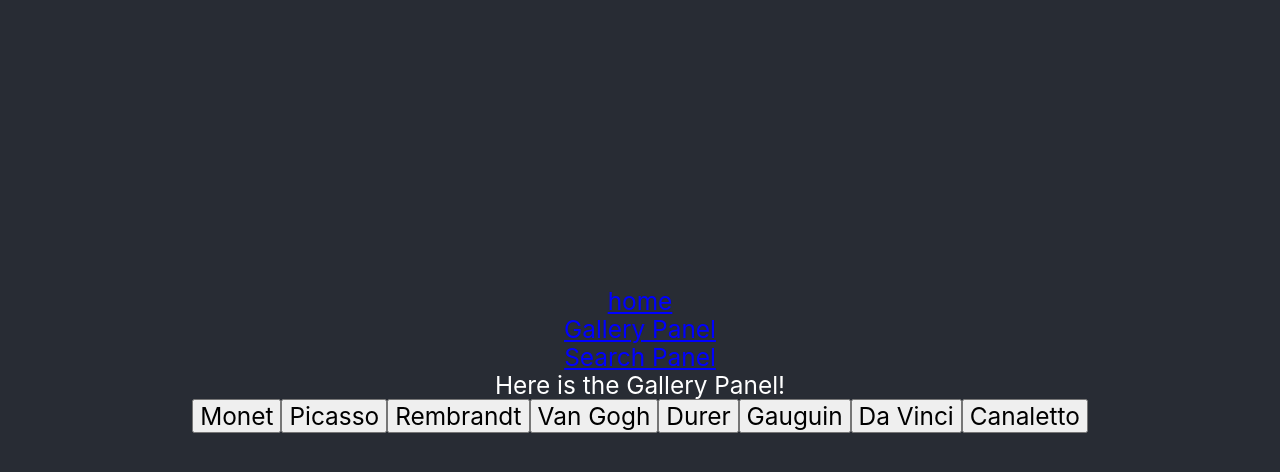
Repository: ZhengyuLi0929/ArtMuseum_ArtIC
Page: /gallery
The author's editor kept a copy of each file at every save. The page is drawn from the files as they stood at one save, then again after the next save.
The browser window is 1280 px wide. The pictures show the whole page.
The page's requests for data from a server got no answer. The project was rebuilt for these pictures with package versions that can differ from the ones it lists, and the page was loaded fresh each time. No one was signed in, and anything a server would have sent is missing. Also part of the build but not shown: src/home.tsx, src/list.tsx, src/details.tsx.

Above is the page before, as saved 2023-01-11 07:43:25.

### src/App.tsx
import React from 'react';
//import logo from './logo.svg';
import './App.css';
import {
  BrowserRouter as Router,
  Route,
  Routes,
  Link} from "react-router-dom"

import HomeView from './home';
import GalleryView from './gallery';
import ListView from './list';
import ItemDetails from './details';

function App() {
  return (
    <Router>
    <div className="App">
      <header className="App-header">
        <Link to ="/" style={{ color: 'blue', textDecoration: 'underline' }}> home </Link>
        <Link to ="/gallery" style={{ color: 'blue', textDecoration: 'underline' }}> Gallery Panel </Link>
        <Link to ="/list" style={{ color: 'blue', textDecoration: 'underline' }}> Search Panel </Link>
          <Routes>
            <Route path = "/" element = {<HomeView></HomeView>}/>
            <Route path = "/gallery" element = {<GalleryView></GalleryView>}/>
            <Route path = "/list" element = {<ListView></ListView>}/>
            <Route path="/items/:itemId" element={<ItemDetails></ItemDetails>} />
          </Routes>
      </header>
    </div>
    </Router>
  );
}

export default App;

### src/gallery.tsx
import axios from 'axios';
import {useEffect, useState} from 'react';
import { Link } from 'react-router-dom';

export default function GalleryView(){
    interface Image{
        id: number
        image_id: string
        title: string
        _score: number
    }
    const [image, setImage] = useState<Image []>([]);

    const api = axios.create({baseURL: 'https://api.artic.edu/api/v1/'});


    // initialize GalleryView with some random images
    // by calling handleArtists with 'monet'
    // this is similar to componentDidMount in class component
    // https://reactjs.org/docs/hooks-effect.html
    // https://reactjs.org/docs/hooks-reference.html#useeffect
    useEffect(() => {
        handleArtists({currentTarget: {value: 'monet'}} as React.MouseEvent<HTMLButtonElement>)
    }, [])

    // write handleArtists that search for the artist name
    // and set the imagesUrl and title
    const handleArtists = (event: React.MouseEvent<HTMLButtonElement>) => {
        const artistName = event.currentTarget.value;
        api.get(`artworks/search?q=${artistName}&&fields=id,title,image_id&&limit=50`)
            .then((res) => {
                const tempID : string [] = []
                const tempTitle: string [] = []
                if (res.data) {
                    // res.data.data.map
                    // ((image: Image) =>{tempID.push(image.image_id)})
                    // res.data.data.map((image:Image) => {tempTitle.push(`${image.title}`)})
                    // setID(tempID)
                    // setTitle(tempTitle)

                    // set image state
                    setImage(res.data.data)
                }
            }
        );
    }

    return(
        <div>
            <div>
                Here is the Gallery Panel!
            </div>
            <button value = "monet" onClick = {handleArtists}>Monet</button>
            <button value = "picasso" onClick = {handleArtists}>Picasso</button>
            <button value = "rembrandt" onClick = {handleArtists}>Rembrandt</button>
            <button value = "van gogh" onClick = {handleArtists}>Van Gogh</button>
            <button value = "durer" onClick = {handleArtists}>Durer</button>
            <button value = "gauguin" onClick = {handleArtists}>Gauguin</button>
            <button value = "da vinci" onClick = {handleArtists}>Da Vinci</button>
            <button value = "canaletto" onClick = {handleArtists}>Canaletto</button>
            <div>
            {
                image.length ? image.map(
                    (image:Image) => {
                        // turn id to string
                        // https://stackoverflow.com/questions/5767325/how-can-i-remove-a-specific-item-from-an-array
                        // const idString = id.toString();
                        console.log(image.id, image.image_id);
                        return (
                            <Link to = {`/items/${image.id}`}>
                                <img src = {`http://www.artic.edu/iiif/2/${image.image_id}/full/843,/0/default.jpg`} height = "200"></img>
                            </Link>
                        )
                    }
                ) : <></>
            }
            </div>

        </div>
    );
}

Loaded but not shown: public/index.html (common file); src/index.tsx (common file); src/index.css (common file); src/reportWebVitals.ts (common file); src/App.css (common file)

After the next save:
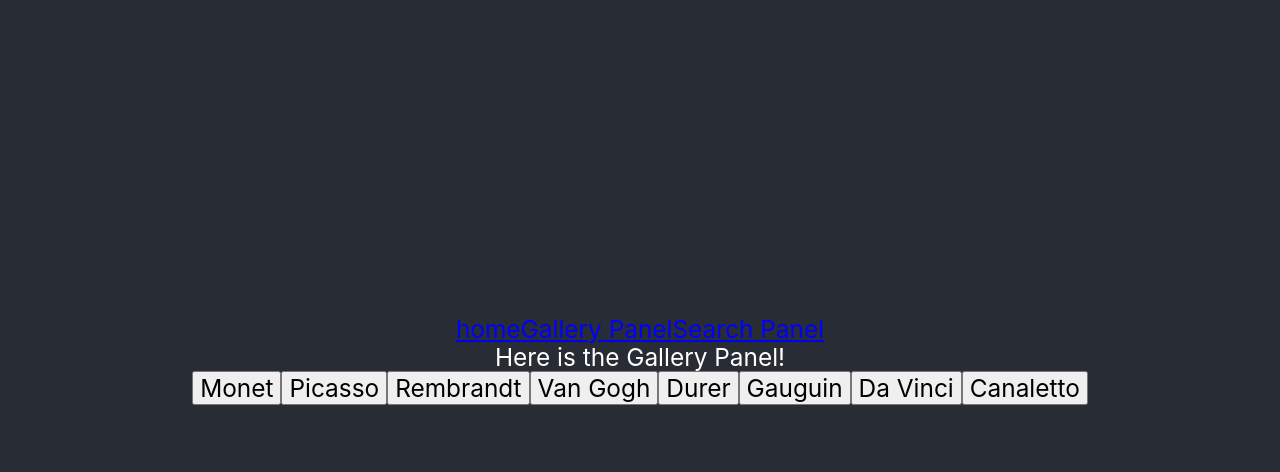
Saved 2 min 23 s later.
--- a/src/App.tsx
+++ b/src/App.tsx
@@ -17,9 +17,15 @@ function App() {
     <Router>
     <div className="App">
       <header className="App-header">
-        <Link to ="/" style={{ color: 'blue', textDecoration: 'underline' }}> home </Link>
-        <Link to ="/gallery" style={{ color: 'blue', textDecoration: 'underline' }}> Gallery Panel </Link>
-        <Link to ="/list" style={{ color: 'blue', textDecoration: 'underline' }}> Search Panel </Link>
+        <div style={{
+            display: 'flex',
+            flexWrap: 'nowrap',
+            justifyContent: 'space-between'
+        }}>
+          <Link to ="/" style={{ color: 'blue', textDecoration: 'underline' }}> home </Link>
+          <Link to ="/gallery" style={{ color: 'blue', textDecoration: 'underline' }}> Gallery Panel </Link>
+          <Link to ="/list" style={{ color: 'blue', textDecoration: 'underline' }}> Search Panel </Link>
+        </div>
           <Routes>
             <Route path = "/" element = {<HomeView></HomeView>}/>
             <Route path = "/gallery" element = {<GalleryView></GalleryView>}/>
